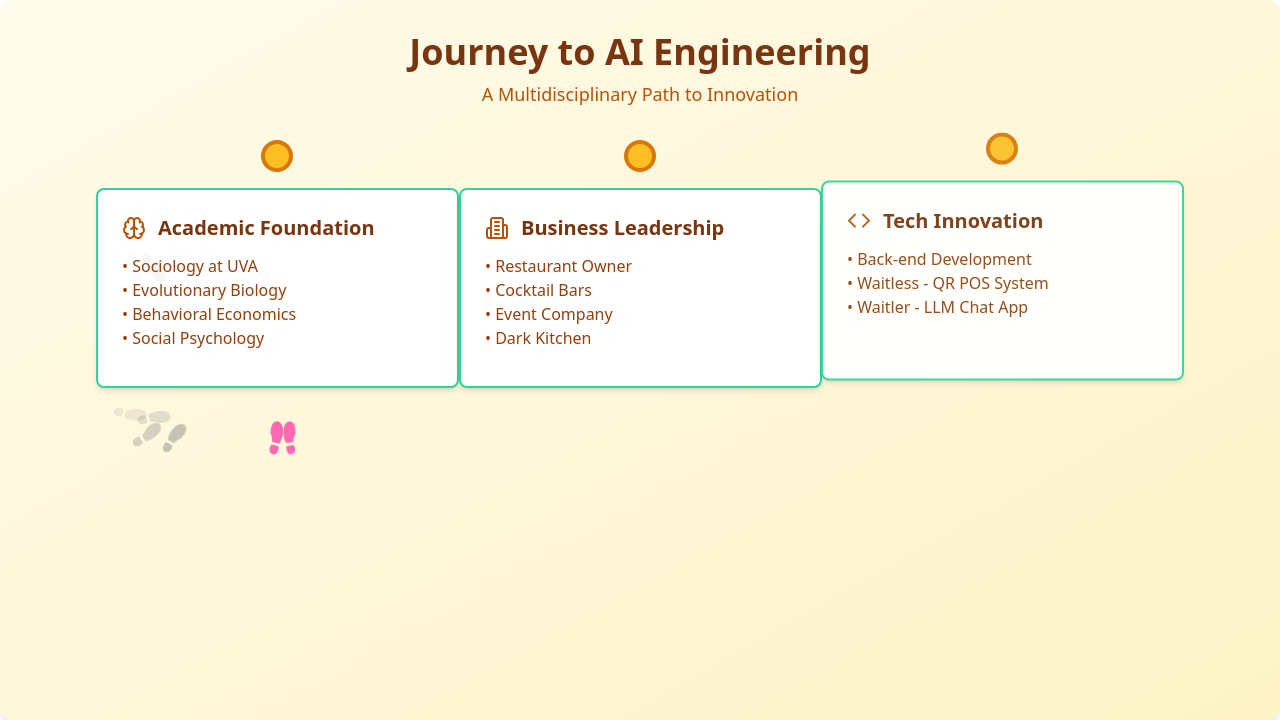
Repository: Galbaz1/dell_presentation
Page: /
These files come from the project's save history. The page is drawn as it stood at one moment and after a run of saves; the edit follows.
The browser window is 1280 px wide. The pictures show the whole page.
The project was rebuilt for these pictures with package versions that can differ from the ones it lists, and the page was loaded fresh each time. The framework's server and built-in components were replaced by stand-ins that run in the browser.

Above is the page before, as saved 2024-11-11 13:17:13.

After the next 3 saves:
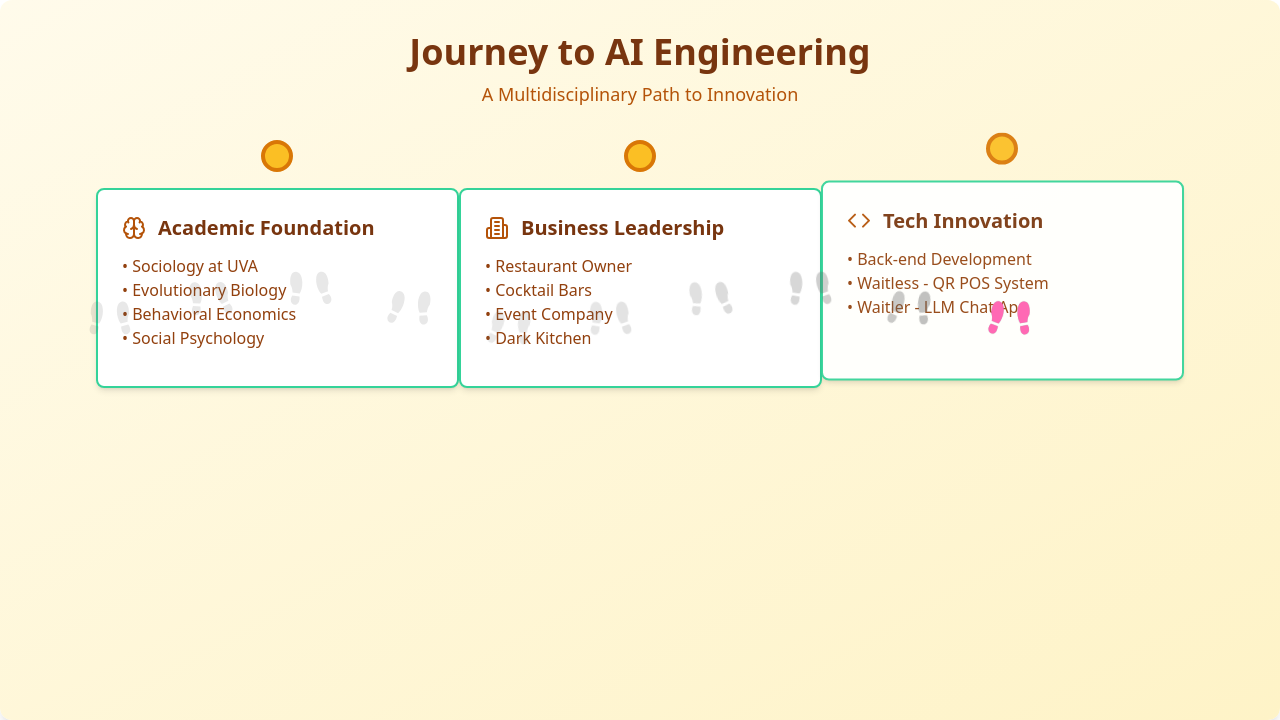
The 3 saves are shown as one change because 2 did not build or start.
The last was saved 2 min 45 s later.
--- a/styles/speaker_intro.css
+++ b/styles/speaker_intro.css
@@ -98,7 +98,7 @@
   fill: #ff69b4;
   opacity: 1;
   transform-origin: center;
-  z-index: 50;
+  z-index: 51;
 }
 
 .footstep.active {
@@ -177,7 +177,7 @@
   position: absolute;
   fill: #666;
   opacity: 0.5;
-  transition: opacity 0.5s ease-out;
+  transition: opacity 1s ease-out;
   z-index: 50;
 }
 
@@ -189,4 +189,5 @@
   height: 100%;
   pointer-events: none;
   z-index: 50;
+  overflow: hidden;
 }
--- a/components/FootstepsAnimation.tsx
+++ b/components/FootstepsAnimation.tsx
@@ -41,46 +41,19 @@ const FootstepsAnimation: React.FC = () => {
   useEffect(() => {
     if (!leftFootRef.current || !rightFootRef.current || !ghostTrailRef.current) return;
 
-    // Adjusted paths based on typical block sizes (300px width, 200px height)
-    // and proper spacing between blocks (150px gap)
-    const blockPaths = {
-      academic: [
-        { x: 300, y: 250 },   // Start above Academic block
-        { x: 280, y: 240 },   // Slight curve up
-        { x: 150, y: 240 },   // Move left with slight rise
-        { x: 130, y: 250 },   // Curve down at corner
-        { x: 130, y: 400 },   // Down left side
-        { x: 150, y: 420 },   // Curve at bottom left
-        { x: 280, y: 420 },   // Move right along bottom
-        { x: 300, y: 400 },   // Curve at bottom right
-        { x: 300, y: 250 },   // Up right side
-        { x: 320, y: 240 },   // Curve out for transition
-      ],
-      business: [
-        { x: 600, y: 240 },   // Approach Business block
-        { x: 580, y: 240 },   // Slight curve up
-        { x: 450, y: 240 },   // Move left with slight rise
-        { x: 430, y: 250 },   // Curve down at corner
-        { x: 430, y: 400 },   // Down left side
-        { x: 450, y: 420 },   // Curve at bottom left
-        { x: 580, y: 420 },   // Move right along bottom
-        { x: 600, y: 400 },   // Curve at bottom right
-        { x: 600, y: 250 },   // Up right side
-        { x: 620, y: 240 },   // Curve out for transition
-      ],
-      tech: [
-        { x: 900, y: 240 },   // Approach Tech block
-        { x: 880, y: 240 },   // Slight curve up
-        { x: 750, y: 240 },   // Move left with slight rise
-        { x: 730, y: 250 },   // Curve down at corner
-        { x: 730, y: 400 },   // Down left side
-        { x: 750, y: 420 },   // Curve at bottom left
-        { x: 880, y: 420 },   // Move right along bottom
-        { x: 900, y: 400 },   // Curve at bottom right
-        { x: 900, y: 250 },   // Up right side
-        { x: 920, y: 240 },   // Final position
-      ],
-    };
+    // Simplified flowing path from left to right
+    const flowingPath = [
+      { x: 100, y: 300 },    // Start at left circle
+      { x: 200, y: 280 },    // Flow up slightly
+      { x: 300, y: 270 },    // Continue up
+      { x: 400, y: 290 },    // Start flowing down
+      { x: 500, y: 310 },    // Continue down
+      { x: 600, y: 300 },    // Level out at middle
+      { x: 700, y: 280 },    // Start flowing up again
+      { x: 800, y: 270 },    // Peak
+      { x: 900, y: 290 },    // Start flowing down
+      { x: 1000, y: 300 },   // End at right circle
+    ];
 
     const createGhostTrail = (
       element: SVGSVGElement,
@@ -99,11 +72,11 @@ const FootstepsAnimation: React.FC = () => {
 
       ghostTrailRef.current.appendChild(ghost);
 
+      // Fade to semi-transparent instead of completely invisible
       gsap.to(ghost, {
-        opacity: 0,
-        duration: 3,
+        opacity: 0.15,  // Keep a visible trail
+        duration: 2,
         ease: "power1.out",
-        onComplete: () => ghost.remove(),
       });
     };
 
@@ -121,8 +94,8 @@ const FootstepsAnimation: React.FC = () => {
           x: point.x + (isLeft ? -12 : 12),
           y: point.y,
           rotation: rotation,
-          duration: 0.4,
-          delay: delay + (index * 0.8),
+          duration: 0.5,
+          delay: delay + (index * 0.5),
           ease: "power2.inOut",
           onComplete: () => createGhostTrail(
             foot,
@@ -137,17 +110,9 @@ const FootstepsAnimation: React.FC = () => {
     // Start animations with proper timing
     const timeline = gsap.timeline();
 
-    // Academic block
-    animateFootstep(leftFootRef.current, blockPaths.academic, 0, true);
-    animateFootstep(rightFootRef.current, blockPaths.academic, 0.4, false);
-
-    // Business block (start after academic block)
-    animateFootstep(leftFootRef.current, blockPaths.business, 8, true);
-    animateFootstep(rightFootRef.current, blockPaths.business, 8.4, false);
-
-    // Tech block (start after business block)
-    animateFootstep(leftFootRef.current, blockPaths.tech, 16, true);
-    animateFootstep(rightFootRef.current, blockPaths.tech, 16.4, false);
+    // Animate both feet along the flowing path
+    animateFootstep(leftFootRef.current, flowingPath, 0, true);
+    animateFootstep(rightFootRef.current, flowingPath, 0.25, false);
 
     return () => {
       timeline.kill();
